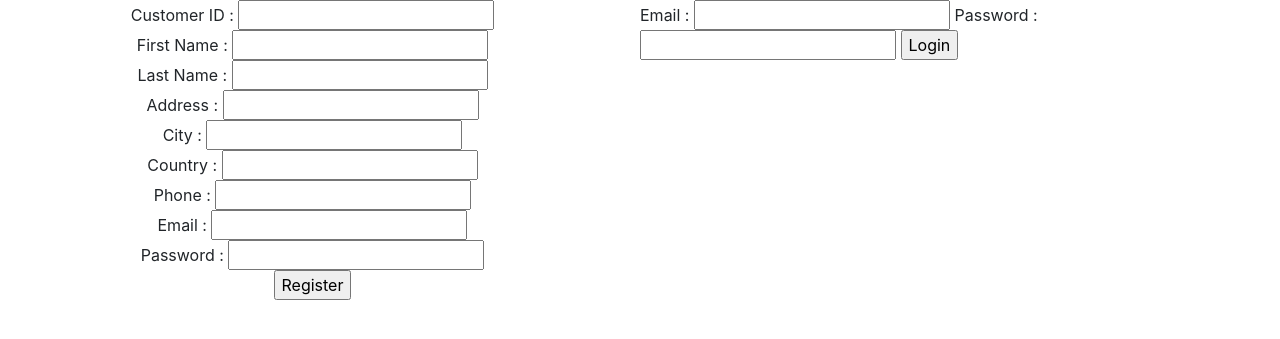
Repository: hassaanbk/CruiseBookingAndManaging
Page: http://localhost/home
These files come from the project's save history. The page is drawn as it stood at one moment and after the next save; the edit follows.
The browser window is 1280 px wide. The pictures show the whole page.
The page is this project's Thymeleaf template; nobody is signed in. The template is opened directly, without the code that normally fills it, so the values that code supplies are empty.

Above is the page before, as saved 2022-12-13 04:34:02.

### CustomerMicroService/src/main/resources/templates/home.html
<!DOCTYPE html>

<html xmlns:th="http://www.thymeleaf.org">

<head>

	<meta charset="ISO-8859-1">

	<title>Home</title>
<link rel="stylesheet" href="https://cdn.jsdelivr.net/npm/bootstrap@4.3.1/dist/css/bootstrap.min.css" integrity="sha384-ggOyR0iXCbMQv3Xipma34MD+dH/1fQ784/j6cY/iJTQUOhcWr7x9JvoRxT2MZw1T" crossorigin="anonymous">

</head>

<body class="container-fluid row">

	<form action="register" method="POST" class="col-md-6 text-center">

		Customer ID : <input type="text" name="custId" /> </br>

		First Name : <input type="text" name="firstName" /></br>

		Last Name : <input type="text" name="lastName" /></br>

		Address : <input type="text" name="address" /></br>

		City : <input type="text" name="city" /></br>

		Country : <input type="text" name="country" /></br>

		Phone : <input type="text" name="phone" /></br>

		Email : <input type="email" name="email" /></br>

		Password : <input type="password" name="password" /></br>

		<input type="submit" name="Add Employee" value="Register" />

	</form>

	<form action="login" method="POST" class="col-md-6">

		Email : <input type="email" name="email" />

		Password : <input type="password" name="password" />
		<input type="submit" name="Login" value="Login" />

	</form>

</body>

</html>

After the next save:
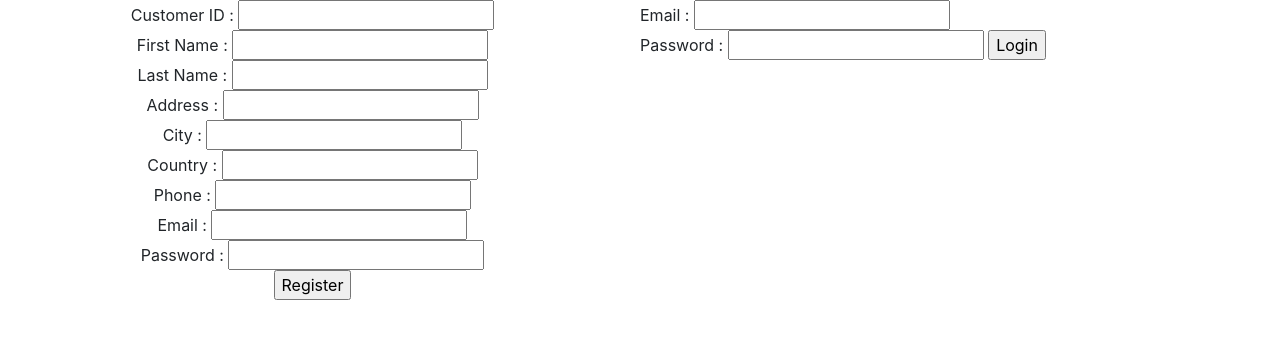
Saved 18 s later.
--- a/CustomerMicroService/src/main/resources/templates/home.html
+++ b/CustomerMicroService/src/main/resources/templates/home.html
@@ -39,7 +39,7 @@
 
 	<form action="login" method="POST" class="col-md-6">
 
-		Email : <input type="email" name="email" />
+		Email : <input type="email" name="email" /><br/>
 
 		Password : <input type="password" name="password" />
 		<input type="submit" name="Login" value="Login" />
